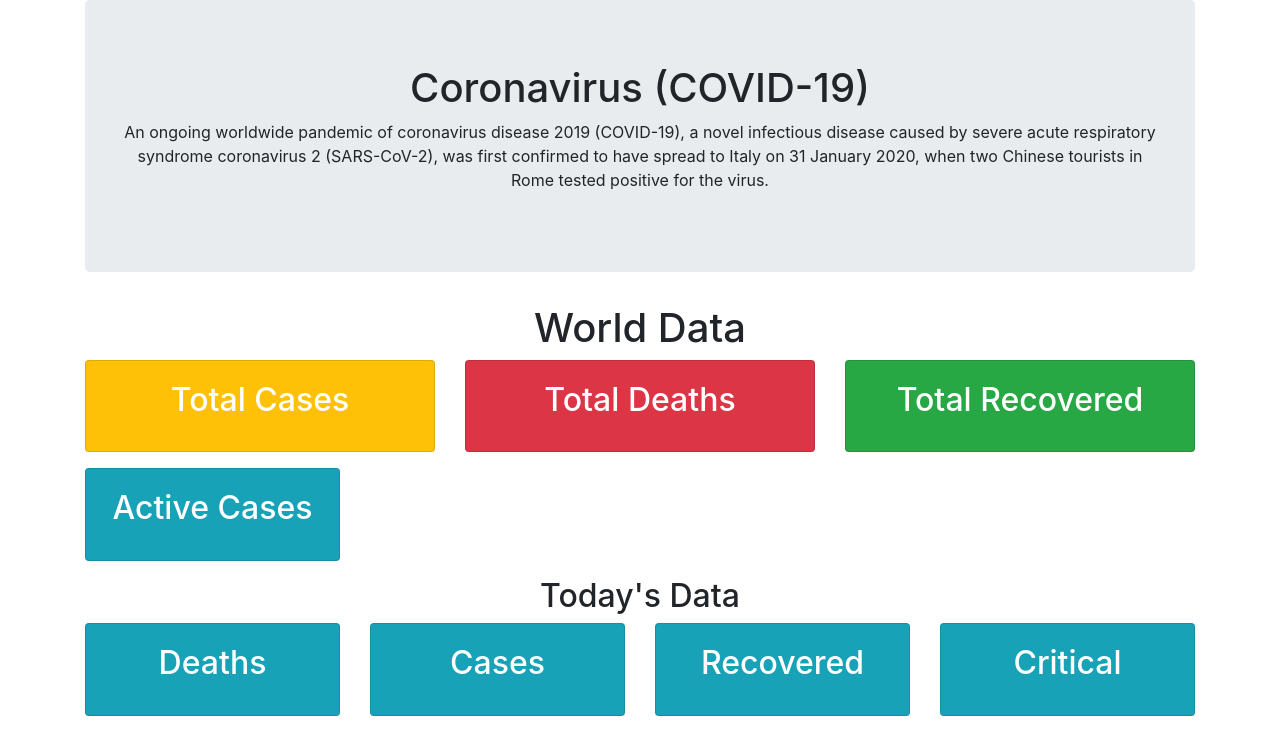
Repository: ahmadsaadkhan/react-covid-app
Page: /
An editor plug-in stored every save of this project. The page is shown before and after the next save, followed by the edit.
The browser window is 1280 px wide. The pictures show the whole page.
The page's requests for data from a server got no answer. The project was rebuilt for these pictures with package versions that can differ from the ones it lists, and the page was loaded fresh each time. No one was signed in, and anything a server would have sent is missing.

Above is the page before, as saved 2021-04-19 16:04:53.

After the next save:
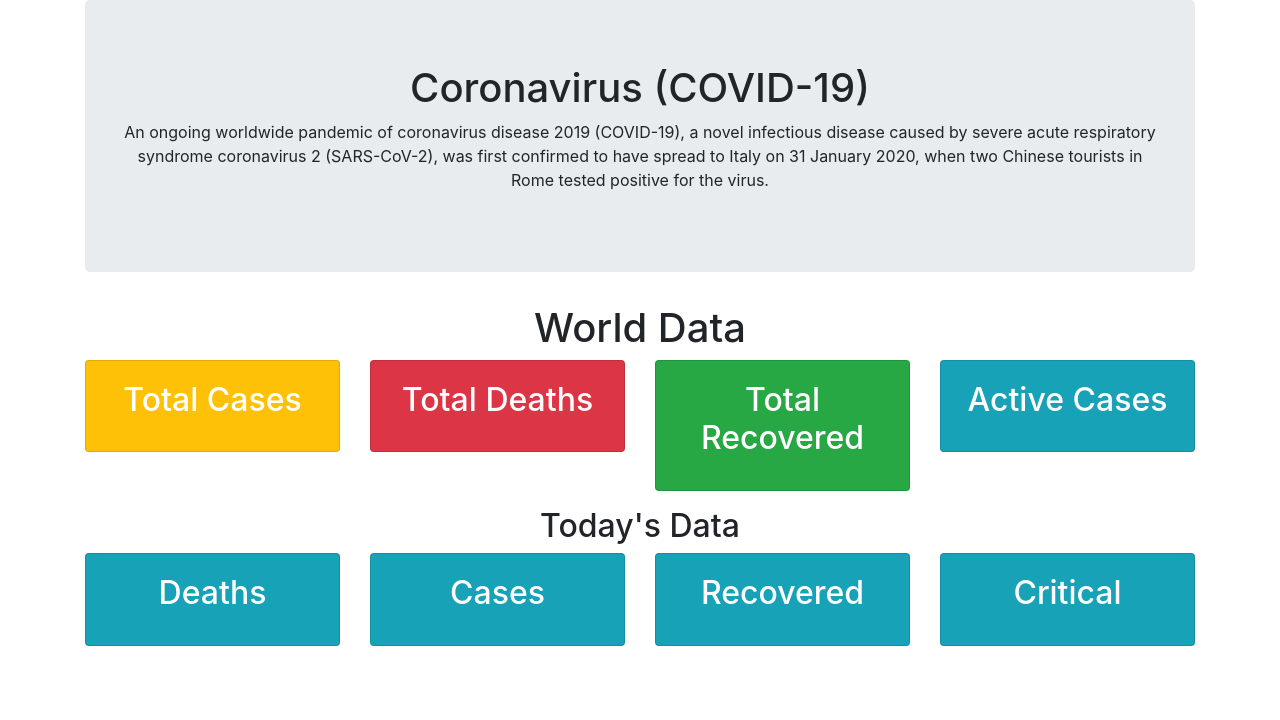
Saved 30 s later.
--- a/src/App.js
+++ b/src/App.js
@@ -41,7 +41,7 @@ function App() {
         </div>
         <h1>World Data</h1>
         <div className="row">
-          <div className="col-md-4">
+          <div className="col-md-3">
             <div className="card text-white bg-warning mb-3">
               <div className="card-body">
                 <h2 className="card-title"> Total Cases</h2>
@@ -49,7 +49,7 @@ function App() {
               </div>
             </div>
           </div>
-          <div className="col-md-4">
+          <div className="col-md-3">
             <div className="card text-white bg-danger mb-3">
               <div className="card-body">
                 <h2 className="card-title"> Total Deaths</h2>
@@ -57,7 +57,7 @@ function App() {
               </div>
             </div>
           </div>
-          <div className="col-md-4">
+          <div className="col-md-3">
             <div className="card text-white bg-success mb-3">
               <div className="card-body">
                 <h2 className="card-title"> Total Recovered</h2>
